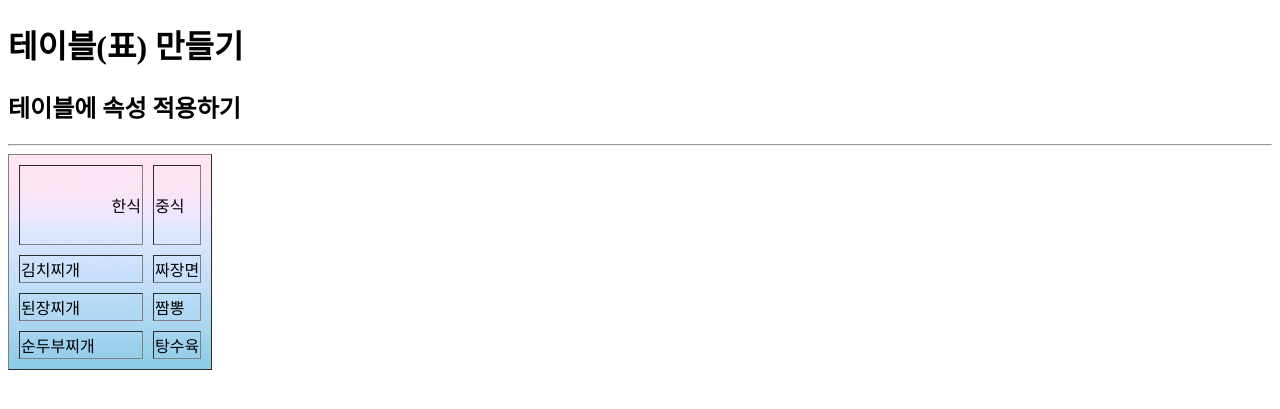
Repository: jp0301/WebStudy
Page: WebApp01/WebContent/Test011.html
An editor plug-in stored every save of this project. The page is shown before and after the next save, followed by the edit.
The browser window is 1280 px wide. The pictures show the whole page.

Above is the page before, as saved 2022-09-27 02:22:57.

After the next save:
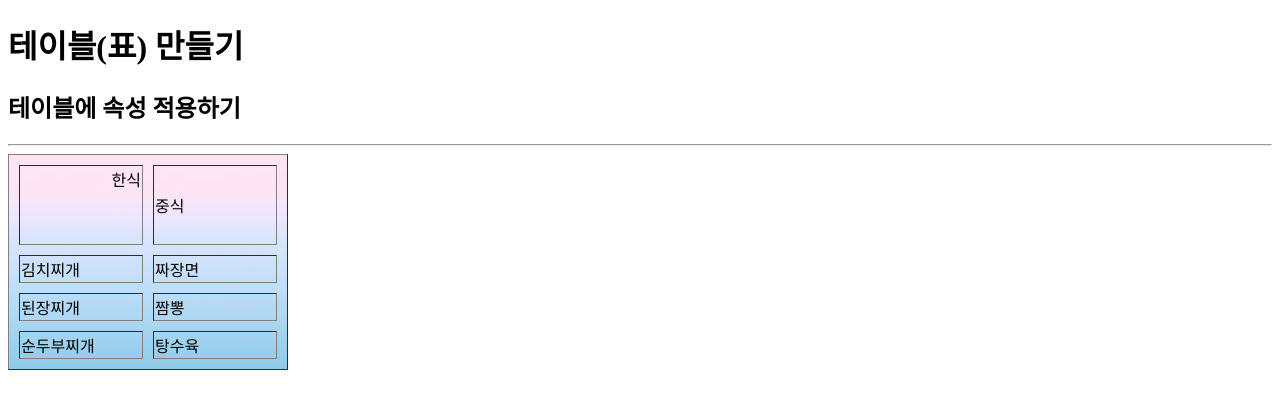
Saved 70 s later.
--- a/WebApp01/WebContent/Test011.html
+++ b/WebApp01/WebContent/Test011.html
@@ -16,8 +16,8 @@
 	<div>
 		<table border="1" background="images/img_03.jpg" celpadding="10" cellspacing="10">
 			<tr height="80">
-				<td width="120" align="right">한식</td>
-				<td>중식</td>
+				<td width="120" align="right" valign="top">한식</td>
+				<td width="120">중식</td>
 			</tr>
 			<tr>
 				<td>김치찌개</td>
